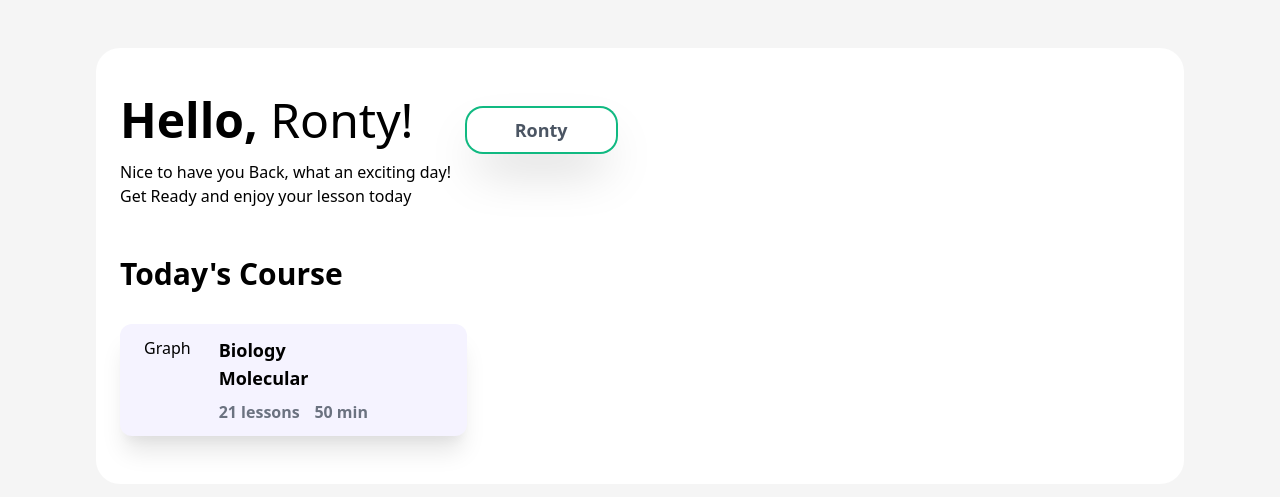
Repository: coolronts/Vite-Tailwind
Page: /
These files come from the project's save history. The page is drawn as it stood at one moment and after the next save; the edit follows.
The browser window is 1280 px wide. The pictures show the whole page.
The project was rebuilt for these pictures with package versions that can differ from the ones it lists, and the page was loaded fresh each time. Also part of the build but not shown: vite.config.js.

Above is the page before, as saved 2021-11-26 07:33:04.

### src/App.jsx
import './App.css'

import {Course, Intro} from './Section'
import { PrimaryButton, SecondaryButton } from './components/Button'

import {PrimaryCard} from './components/Card'
import SplitScreen from './components/SplitScreen'
import { useState } from 'react'

function App() {

  return (
    <div className="App bg-white my-12 mx-24 rounded-3xl px-6 py-12">
      <SplitScreen leftWeight = 'w-1/3'>
        <div id="left">
          <Intro/>
          <div id="course">
            <p className="text-3xl font-bold  font-sans mb-8">Today's Course</p>
            <PrimaryCard>
              <Course/>
            </PrimaryCard>
          </div>

        </div>

        <div id="right">
          <SecondaryButton name="Ronty"/>
        </div>


      </SplitScreen>
    </div>
  )
}

export default App

### src/Section/index.js
import Course from "./Course";
import Intro from "./Intro";

export { Intro, Course };

### src/components/Button/index.jsx
import React from 'react'

export const PrimaryButton = ({name}) =>{
  return (
    <button className="bg-green-500 px-12 py-2 ring-2 ring-green-500 text-white text-lg font-semibold shadow-2xl rounded-2xl mt-3">
      {name}
    </button>
  )
}

export const SecondaryButton = ({name}) =>{
  return (
    <button className="bg-white px-12 py-2 ring-2 ring-green-500 text-gray-600 text-lg font-semibold shadow-2xl rounded-2xl mt-3">
      {name}
    </button>
  )
}

### src/components/Card/index.jsx
import React from 'react'

export const PrimaryCard =({children})=> {
  return (
    <div className="bg-purple-50 py-3 px-6  rounded-xl shadow-xl">
      {children}
    </div>
  )
}

### src/components/SplitScreen/index.jsx
import PropTypes from 'prop-types'
import React from "react"
import tw from "tailwind-styled-components"

const Container = tw.div`${(props) => props.weight}`;

const Pane = tw.div`${(props) => props.weight}`;

const SplitScreen = ({
	children,
	containerWeight = 'flex w-full',
  leftWeight = 'w-1/2',
	rightWeight = 'w-1/2',
}) => {
	const [left, right] = children;
	return (
		<Container className={containerWeight}>
			<Pane className={leftWeight}>
				{left}
			</Pane>
			<Pane className={rightWeight}>
				{right}
			</Pane>
		</Container>
	);
}

export default SplitScreen

SplitScreen.propTypes = {
	children: PropTypes.arrayOf(PropTypes.node).isRequired,
	containerWeight: PropTypes.string,
	leftWeight: PropTypes.string,
	rightWeight: PropTypes.string,
}

### src/Section/Course/index.jsx
import React from 'react'
import SplitScreen from '../../components/SplitScreen'

export default function Course() {
  return (
    <SplitScreen leftWeight = 'w-1/4'>
      <div id="left">
        Graph
      </div>
      <div id="right">
        <h4 className="font-bold text-lg mb-2">Biology Molecular</h4>
        <div className="flex flex-col">
          <div className="flex justify-between text-gray-500 font-semibold">
            <p>21 lessons</p>
            <p>50 min</p>
          </div>
        </div>
      </div>
    </SplitScreen>
  )
}

### src/Section/Intro/index.jsx
import React from 'react'

export default function Intro({name}) {
  return (
    <div className="mb-12">
      <h3 className="text-5xl font-sans font-bold mb-4">Hello, <span className="font-light">Ronty!</span> </h3>
      <div className="font-semibold tracking-wide text-gray-500">

      </div>
      <h5>Nice to have you Back, what an exciting day!</h5>
      <h5>Get Ready and enjoy your lesson today</h5>
    </div>
  )
}

Loaded but not shown: index.html (common file); src/main.jsx (common file); src/index.css (common file); src/App.css (common file); tailwind.config.js (common file)

After the next save:
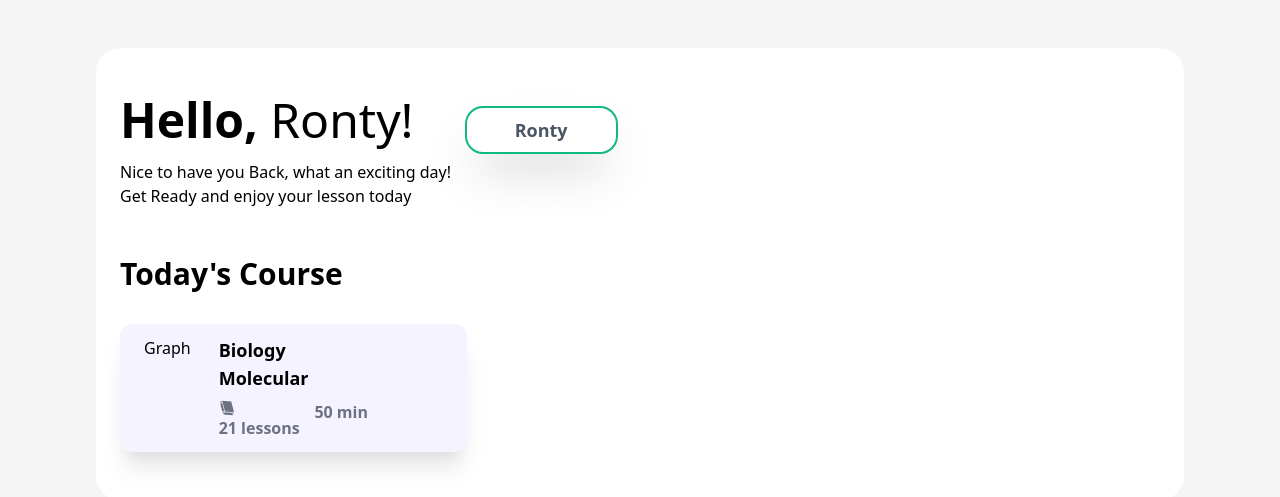
Saved 100 s later.
--- a/src/Section/Course/index.jsx
+++ b/src/Section/Course/index.jsx
@@ -1,3 +1,4 @@
+import {GiWhiteBook} from 'react-icons/gi'
 import React from 'react'
 import SplitScreen from '../../components/SplitScreen'
 
@@ -11,7 +12,7 @@ export default function Course() {
         <h4 className="font-bold text-lg mb-2">Biology Molecular</h4>
         <div className="flex flex-col">
           <div className="flex justify-between text-gray-500 font-semibold">
-            <p>21 lessons</p>
+            <p> <GiWhiteBook/>  21 lessons</p>
             <p>50 min</p>
           </div>
         </div>
